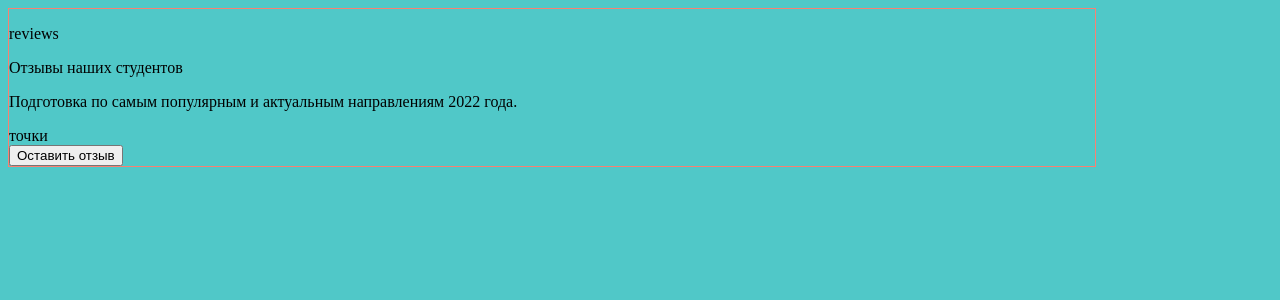
Repository: Malvuna/Studi
Page: index.html
These files come from the project's save history. The page is drawn as it stood at one moment and after a run of saves; the edit follows.
The browser window is 1280 px wide. The pictures show the whole page.

Above is the page before, as saved 2022-07-11 15:54:45.

### index.html

<!DOCTYPE html>
<html lang="en">
  <head>
    <meta charset="UTF-8" />
    <meta http-equiv="X-UA-Compatible" content="IE=edge" />
    <meta name="viewport" content="width=device-width, initial-scale=1.0" />
    <link rel="stylesheet" href="./css/style.css" />
    <link rel="preconnect" href="https://fonts.googleapis.com">
    <link rel="preconnect" href="https://fonts.gstatic.com" crossorigin>
    <link href="https://fonts.googleapis.com/css2?family=Caveat:wght@400;600;700&family=Inter:wght@400;600;700&display=swap" rel="stylesheet">
  <body>
    <header>
    </header>

    <main>
      <div id="container" class="container">

      <p>reviews</p>
      <p>Отзывы наших студентов</p>
      <p>Подготовка по самым популярным и актуальным направлениям 2022 года.</p>
      <div></div>
      <div>точки</div>
      <button>Оставить отзыв</button>

    </div>
    </main>


    <footer>

    </footer>

  </body>
  <script type="module" src="./javascript/javascript.js"></script>
</html>

### css/style.css

body{
 background-color: rgb(80, 200, 200);
}

.container {
    width: 1086px;
    border: 1px salmon solid;
    text-align: left;
}

### javascript/javascript.js


//переменная для общего контейнера
let container = document.querySelector("#container");

//переменная для всех карточек
let divAllCard = document.createElement("div");
divAllCard.className = "divAllCard";
container.append(divAllCard);

//переменная для одной карточки
let divOneCard = document.createElement("div");
divOneCard.className = "divOneCard";
divAllCard.append(divOneCard);

let foto = document.createElement("img");
divAllCard.append(divOneCard);


let nameText = document.createElement("p");
nameText.innerHTML = "Ann";

After the next 3 saves:
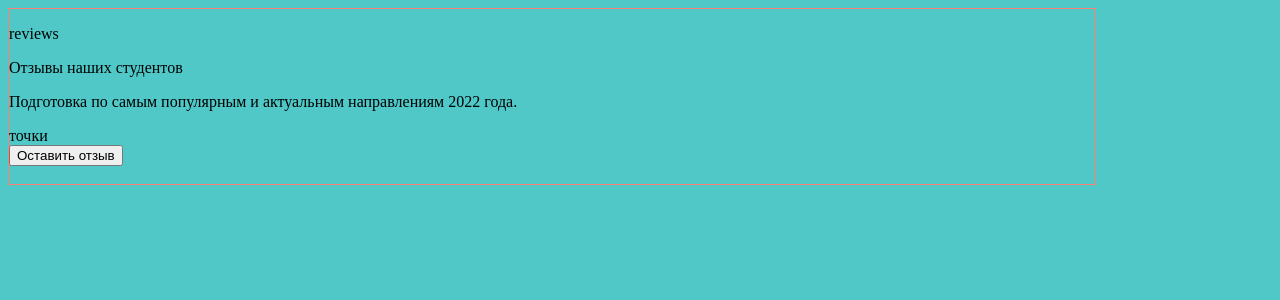
The 3 saves are shown as one change because they came seconds apart.
The last was saved 11 s later.
--- a/javascript/javascript.js
+++ b/javascript/javascript.js
@@ -14,7 +14,7 @@ divOneCard.className = "divOneCard";
 divAllCard.append(divOneCard);
 
 let foto = document.createElement("img");
-divAllCard.append(divOneCard);
+divOneCard.append(foto);
 
 
 let nameText = document.createElement("p");
